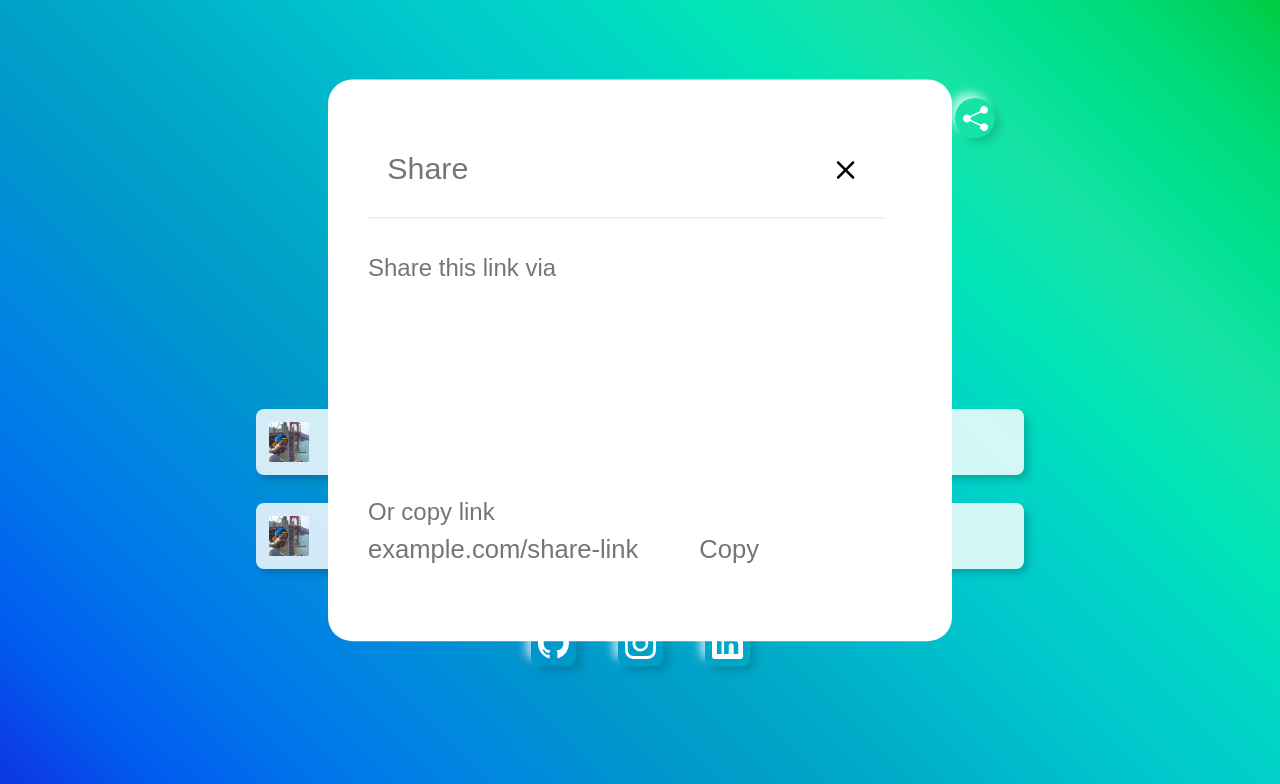
Repository: MateLaDBrouille97/linktree
Page: /
The author's editor kept a copy of each file at every save. The page is drawn from the files as they stood at one save, then again after the next save.
The browser window is 1280 px wide. The pictures show the whole page.
The project was rebuilt for these pictures with package versions that can differ from the ones it lists, and the page was loaded fresh each time. The framework's server and built-in components were replaced by stand-ins that run in the browser. Also part of the build but not shown: next.config.js, styles/Home.module.css, styles/scrollup.css.

Above is the page before, as saved 2023-01-23 21:50:34.

### app/layout.tsx
"use client";

import '@/styles/globals.css'
import '../styles/Home.module.css';
import '../styles/scrollup.css';
import '../styles/home.css';
import '../styles/socials.css';
import '../styles/share.css';
import ScrollDow from '../components/ScrollDow';
import ScrollUp from '../components/scrollup/ScrollUp'

export default function RootLayout({
    children,
  }: {
    children: React.ReactNode;
  }) {
    return (
      <html lang="en">
        <body>{children}</body>
        {/* <ScrollDow/> */}
        {/* <ScrollUp/> */}
      </html>
    );
  }

### app/page.tsx
"use client";

import Image from "next/image";
import data from "data.json";
import image from "../public/ManuelTL2.jpg";
import image1 from "../public/ManuelTL2.jpg";
import { useEffect, useState } from "react";
import Socials from "../components/Socials";
import Share from "@/components/Share";

function LinkCard({
  href,
  title,
  image,
}: {
  href: string;
  title: string;
  image?: string;
}) {
  return (
    <a
      href={href}
      className="flex items-center p-3 w-full rounded-lg hover:scale-105 transition-all bg-gray-100 mb-3 -mt-2 max-w-3xl home__linkcard-box"
    >
      <div className="flex text-center w-full home__linkcard-card">
        <div className="w-10 h-10 home__linkcard-img">
          {image1 && (
            <Image
              className="rounded-sm"
              alt={data.name}
              src={image1}
              width={40}
              height={40}
            />
          )}
        </div>
        <h2 className="flex justify-center items-center font-semibold w-full text-gray-700 -ml-10 home__linkcard-title">
          {title}
        </h2>
      </div>
    </a>
  );
}

export default function Home() {
  /*==================== Toggle Menu ====================== */
  const [toggle, showMenu] = useState(false);
  const [activeNav, setActiveNav] = useState("#home");

  /* +++++++++++++++++++++++++++++++++++++++++++++++++ */
  // const { dbUser, image } = useUserContext();

  // const breakpoints = (width) => {
  //   if (width < 640) {
  //     return "xs";
  //   } else if (width >= 640 && width < 768) {
  //     return "sm";
  //   } else if (width >= 768 && width < 1024) {
  //     return "md";
  //   } else if (width >= 1024) {
  //     return "lg";
  //   }
  // };

  // const [breakpoint, setBreakpoint] = useState(() =>
  //   breakpoints(typeof window !== "undefined" && window.innerWidth)
  // );

  useEffect(() => {
    if (toggle) {
      // const calcInnerWidth = function () {
      //   setBreakpoint(breakpoints(window.innerWidth));
      // };
      // window.addEventListener("resize", calcInnerWidth);
      window.addEventListener("scroll", function () {
        const header = this.document.querySelector(".header");
        //scroll higher than 200 viewport height
        //add scroll header class to a tag with the scroll-top
        if (this.scrollY >= 80) header?.classList.add("scroll-header");
        else header?.classList.remove("scroll-header");
      });
    }
  }, []);

  useEffect(() => {
    showMenu(true);
  }, []);

  return (
    <div className="flex items-center flex-col mx-auto w-full justify-center mt-16 px-8 ">
      <Share/>
      <a
        href="#home"
        onClick={() => setActiveNav("#home")}
        // className={
        //   activeNav === "#home" ? "nav__logo active-link" : "nav__logo"
        // }
      >
        <Image
          className="rounded-full"
          alt={data.name}
          src={image}
          width={96}
          height={96}
        />
      </a>

      <h1 className="font-semibold mt-4 mb-8 text-xl" style={{color:"white"}}>{data.name}</h1>
      <h3 className="home__description" style={{color:"white"}}>{data.small_description}</h3>

      <div className="grid place-items-center w-full mt-2">
        {data.links.map((link) => (
          <LinkCard key={link.href} {...link} />
        ))}
      </div>

      <div className="gap-3 items-center flex mt-10">
        {data?.socials?.map((social) => {
         return(

          <Socials title={social?.title} key={social?.href} />
          )
        })}
      </div>
    </div>
  );
}

### styles/globals.css
@tailwind base;
@tailwind components;
@tailwind utilities;

body{
  height:100vh;
  background-image: linear-gradient(
  45deg,
  hsl(229deg 88% 47%) 0%,
  hsl(217deg 100% 47%) 8%,
  hsl(210deg 100% 46%) 16%,
  hsl(204deg 100% 44%) 24%,
  hsl(196deg 100% 40%) 32%,
  hsl(190deg 100% 39%) 41%,
  hsl(186deg 100% 40%) 49%,
  hsl(181deg 100% 40%) 57%,
  hsl(175deg 100% 42%) 65%,
  hsl(168deg 99% 45%) 72%,
  hsl(162deg 82% 49%) 80%,
  hsl(159deg 100% 44%) 86%,
  hsl(153deg 100% 43%) 92%,
  hsl(146deg 100% 41%) 97%,
  hsl(138deg 100% 40%) 100%
);
}

@import  url('https://api.iconify.design/material-symbols/arrow-upward.svg');

/*=============== GOOGLE FONTS ===============*/
@import url("https://fonts.googleapis.com/css2?family=Poppins:wght@400;500;600&display=swap");

/*=================== NEXT.JS ================*/

html,
body {
  padding: 0;
  margin: 0;
  font-family: -apple-system, BlinkMacSystemFont, Segoe UI, Roboto, Oxygen,
    Ubuntu, Cantarell, Fira Sans, Droid Sans, Helvetica Neue, sans-serif;
}

h1 {
  font-size: 1.75rem;
}




/*=============== VARIABLES CSS ===============*/
:root {
  --header-height: 3rem;

  /*========== Colors ==========*/
  /*Color mode HSL(hue, saturation, lightness)*/
  --hue: 0;
  --sat: 0%;
  --title-color: hsl(var(--hue), var(--sat), 20%);
  --title-color-dark: hsl(var(--hue), var(--sat), 0%);
  --text-color: hsl(var(--hue), var(--sat), 46%);
  --body-color: hsl(var(--hue), var(--sat), 98%);
  --container-color: #fff;

  /*========== Font and typography ==========*/
  --body-font: "Poppins", sans-serif;

  /*.5rem = 8px | 1rem = 16px ...*/
  --big-font-size: 3.5rem;
  --h1-font-size: 2.75rem;
  --h2-font-size: 1.5rem;
  --h3-font-size: 1.25rem;
  --normal-font-size: 1rem;
  --small-font-size: 0.875rem;
  --smaller-font-size: 0.813rem;
  --tiny-font-size: 0.625rem;

  /*========== Font weight ==========*/
  --font-normal: 400;
  --font-medium: 500;
  --font-semi-bold: 600;

  /*========== Margenes Bottom ==========*/
  /*.5rem = 8px | 1rem = 16px ...*/
  --mb-0-25: 0.25rem;
  --mb-0-5: 0.5rem;
  --mb-0-75: 0.75rem;
  --mb-1: 1rem;
  --mb-1-5: 1.5rem;
  --mb-2: 2rem;
  --mb-2-5: 2.5rem;
  --mb-3: 3rem;

  /*========== z index ==========*/
  --z-tooltip: 10;
  --z-fixed: 100;
  --z-modal: 1000;
}

/* Responsive typography */
@media screen and (max-width: 992px) {
  :root {
    --big-font-size: 2.75rem;
    --h1-font-size: 1.5rem;
    --h2-font-size: 1.25rem;
    --h3-font-size: 1rem;
    --normal-font-size: 0.938rem;
    --small-font-size: 0.813rem;
    --smaller-font-size: 0.75rem;
  }
}

/*=============== BASE ===============*/
* {
  margin: 0;
  padding: 0;
  box-sizing: border-box;
}

html {
  scroll-behavior: smooth;
}

body,
button,
input,
textarea {
  font-family: var(--body-font);
  font-size: var(--normal-font-size);
}

body {
  background-color: var(--body-color);
  color: var(--text-color);
}

h1,
h2,
h3 {
  color: var(--title-color);
  font-weight: var(--font-semi-bold);
}

ul {
  list-style: none;
}

a {
  text-decoration: none;
}

button {
  cursor: pointer;
  border: none;
  outline: none;
}

img {
  max-width: 100%;
  height: auto;
}

/*=============== REUSABLE CSS CLASSES ===============*/
.section {
  padding: 6rem 0 2rem;
}

.section__title {
  font-size: var(--h1-font-size);
  color: var(--title-color);
}

.section__subtitle {
  display: block;
  font-size: var(--normal-font-size);
  margin-bottom: 4rem;
}

.section__title,
.section__subtitle {
  text-align: center;
}

/*=============== LAYOUT ===============*/
.container {
  max-width: 968px;
  margin-left: auto;
  margin-right: auto;
}

.grid {
  display: grid;
  gap: 1.5rem;
}

/*=============== BUTTONS ===============*/
.button {
  display: inline-block;
  background-color:rgb(100, 189, 140);
  color: var(--container-color);
  padding: 1.25rem 2rem;
  border-radius: 1rem;
  font-weight: var(--font-medium);
}

.button:hover {
  background-color: rgb(81, 209, 138);
  color: var(--container-color);
}

.button__icon {
  margin-left: var(--mb-0-5);
}

.button--flex {
  display: inline-flex;
  align-items: center;

}




/*=============== BREAKPOINTS ===============*/
/* For large devices */
@media screen and (max-width: 992px) {
  .container {
    margin-left: var(--mb-1-5);
    margin-right: var(--mb-1-5);
  }

  .button {
    padding: 1rem 1.75rem;
  }

  .button__icon {
    width: 22px;
    height: 22px;
  }
}

/* For medium devices */
@media screen and (max-width: 768px) {
  body {
    margin: 0 0 var(--header-height) 0;
  }

  .section {
    padding: 2rem 0 4rem;
  }

  .section__subtitle {
    margin-bottom: var(--mb-3);
  }
}

@media screen and (max-width: 576px) {

}

/* For small devices */
@media screen and (max-width: 350px) {
  :root {
    --big-font-size: 2.25rem;
  }

  .container {
    margin-left: var(--mb-1);
    margin-right: var(--mb-1);
  }
}

### styles/home.css
.home__container{
    row-gap: 7rem;
}

.home__content{
    grid-template-columns: 116px repeat(2, 1fr);
    padding-top: 5.5rem;
    column-gap: 2rem;
    align-items: center;
}

.home__social{
    display:grid;
    grid-template-columns: max-content;
    row-gap: 1rem;
}

.home__social-icon{
    font-size:1.25rem;
    color: var(--title-color);
}

.home__social-icon:hover{
    color:rgb(165, 30, 75);
}



.home__social-icon:hover{
    color: var(--title-color-dark);
}

.home__title{
    font-size:var(--h1-font-size);
    margin-bottom:var(--mb-0-25);
}

.home__hand{
    width: 38px;
    height: 38px;
    margin-left: 0.4rem;
}

.home__subtitle{
    position: relative;
    font-size:var(--h3-font-size);
    padding-left: 5.4rem;
    font-weight: var(--font-normal);
    margin-bottom: var(--mb-1);
}

.home__subtitle::before{
    content:'';
    position:absolute;
    width: 70px;
    height:1px;
    background-color:var(--text-color);
    left:0;
    top:1rem;
}

.home__description{
    max-width:400px;
    margin-bottom: var(--mb-3);
    line-height: 1.7;
}

.home__linkcard-box{
    background-color: rgba(255, 255, 255, 0.829);
    border-color: whitesmoke;
    border-width: 3px;
    transition: transform 0.5s;
    box-shadow: 5px 5px 9px -1px rgba(0,0,0,0.2);

    border: 1px solid rgba(0,0,0,0);
    transition: transform 0.5s;
}

.home__linkcard-box:hover{
    box-shadow: 10px 10px 0px -1px rgba(0,0,0,0.15),
                1px 1px 0.5px  rgba(0,0,0,0.15),
                0px -12px 10px -10px  rgba(0,0,0,0.05);
     border: 1px solid   rgba(0,0,0,0.1);
    /* transform:translateY(-2px)  ;    */
}

.home__linkcard-box::after{
    transition: transform 0.5s;
}

.home__linkcard-box:hover::after .home__linkcard-title {
    transition: transform 0.7s;
}

.home__linkcard-box:hover::after .home__linkcard-img {
    transition: transform 0.7s;
}

.home__linkcard-box:hover .home__linkcard-title{
    transform:scale(1.05);
    transition: transform 0.5s;
}

.home__linkcard-box:hover .home__linkcard-img{
    transform:scale(1.15);
    transition: transform 0.5s;
}




.home__img{
/* background: url(../../assets/Mur.jpg); */
background-repeat: no-repeat;
background-position: center;
background-size: cover;
box-shadow: inset 0 0 0 9px rgb(255 255 255/30%);
order: 1;
justify-self: center;
width:375px ;
height: 350px;
animation: profile__animate 8s ease-in-out infinite 1s;
}

@keyframes profile__animate {
    0%{
        border-radius: 60% 40% 30% 70%/60% 30% 70% 40%;
    }

    50%{
        border-radius: 30% 60% 70% 40%/50% 60% 30% 60%;
    }

    100%{
        border-radius: 60% 40% 30% 70%/60% 30% 70% 40%;
    }
}

.home__scroll{
    position:fixed;
    left: 2.5rem;
    bottom: 3rem;
    /* opacity:0.8; */
    padding:0.3rem 0.5rem;
    border-radius:0.4rem;
    z-index: var(--z-tooltip);
    transition: .4s;
}


.wheel {
    animation: scroll 2s ease infinite;
}

@keyframes scroll{
    0% {
        transform: translateY(0);
    }
    30% {
        transform: translateY(3.7rem);
    }

}


.home__scroll-name{
    color: rgba(255, 255, 255, 0.829);
    font-weight: var(--font-medium);
    margin-right: var(--mb-0-25);
    margin-left: 2px;
}

.home__scroll-arrow{
    font-size: 1.25rem;
    color: rgba(255, 255, 255, 0.829);
}


/*=============== BREAKPOINTS ===============*/
/* For large devices */
@media screen and (max-width: 992px) {
    .home__content{
        grid-template-columns: 100px repeat(2, 1fr);
        column-gap: 1.25rem;

    }

    .home__hand{
        width:26px;
        height:26px;
    }

    .home__subtitle{
        padding-left: 3.75rem;
        margin-bottom: var(--mb-1);

    }

    .home__subtitle::before {
        width:42px;
        top:0.8rem;
    }

    .home__description{
        max-width: initial;
        margin-bottom: var(--mb-2-5);
    }

    .home__img{
        width:250px;
        height:250px;
        box-shadow:inset 0 0 0 8px rgb(255 255 255/30%)
    }

    .home__scroll{
        margin-left: 7.5rem;
    }



  }

  /* For medium devices */
  @media screen and (max-width: 768px) {
    .home__content{
        grid-template-columns: 0.5fr 3fr;
        padding-top: 3.5rem;
    }

    .home__img{
        order:initial;/* ordre d'apparition de l'element*/
        justify-self: initial;
        box-shadow: inset 0 0 0 9px rgb(255 255 255/30%);
        width:200px;
        height: 200px;
    }

    .home__data{
        grid-column:1/3;
    }

    .home__scroll{
        display:none;
    }


  }



  /* For small devices */
  @media screen and (max-width: 350px) {


    .home__img{

        width:180px ;
        height: 180px;
    }

    .home__hand{
        width:22px;
        height:22px;
    }


  }

### styles/socials.css
/* .social__link{
    color: var(--container-color);
    font-size: 1.125rem;
    padding: 0.4rem;
    border-radius:1.5rem;
    display: inline-flex;
} */
/*
.social__link:hover{
    background-color:rgba(44, 203, 224, 0.986);
} */

.social__link{
    display:flex;
    /* background-color: var(--container-color); */
    color: var(--container-color);
    height: 45px;
    width: 45px;
    margin: 0 15px;
    border-radius: 8px;
    align-items: center;
    justify-content:center;
    text-decoration: none;
    box-shadow: 6px 6px 10px -1px rgba(0,0,0,0.15),
                -6px -6px 10px -1px rgba(255,255,255,0.7);
    border: 1px solid   rgba(0,0,0,0);
    transition: transform 0.5s;
}

a svg {
    font-size: 38px;
    color: white;
    transition: transform 0.5s;
}


.social__link:hover{
    background-color: rgba(255, 255, 255, 0.829);
    box-shadow: inset 4px 4px 6px -1px rgba(0,0,0,0.2),
                inset -4px -4px 6px -1px rgba(255,255,255,0.7),
                -0.5px -0.5px 0px  rgba(255,255,255,1),
                0.5px 0.5px 0px  rgba(0,0,0,0.15),
                0px -12px 10px -10px  rgba(0,0,0,0.05);
    border: 1px solid   rgba(0,0,0,0.1);
    transform:translateY(2px)  ;
}


a:hover svg{
    transform: scale(1.10);
    fill: black;
    transition: transform 0.5s;
}

a:hover .bi-linkedin{
    fill:rgb(18, 83, 203) ;
    transform:scale(1.10);
    transition: transform 0.5s;
}

a:hover .bi-instagram{
    fill:#e64771;
    transform:scale(1.10);
    transition: transform 0.5s;
}


/*=============== BREAKPOINTS ===============*/
/* For large devices */
@media screen and (max-width: 992px) {


    .social__link:hover{

        box-shadow: inset 4px 4px 6px -1px rgba(0,0,0,0.2),
                    inset -4px -4px 6px -1px rgba(255,255,255,0.7),
                    -0.5px -0.5px 0px  rgba(255,255,255,1),
                    0.5px 0.5px 0px  rgba(0,0,0,0.15),
                    0px -12px 10px -10px  rgba(0,0,0,0.05);
        border: 1px solid   rgba(0,0,0,0.1);
        transform:translateY(2px)  ;
    }




  }

  /* For medium devices */
  @media screen and (max-width: 768px) {




  }



  /* For small devices */
  @media screen and (max-width: 350px) {





  }

### styles/share.css
/*          Share   Items  */

.share-link {
  display: flex;
  /* background-color: var(--container-color); */
  color: var(--container-color);
  height: 45px;
  width: 45px;
  margin: 0 15px;
  border-radius: 22px;
  align-items: center;
  justify-content: center;
  text-decoration: none;
  box-shadow: 6px 6px 10px -1px rgba(0, 0, 0, 0.15),
    -6px -6px 10px -1px rgba(255, 255, 255, 0.7);
  border: 1px solid rgba(0, 0, 0, 0);
  transition: transform 0.5s;
}

.share-link:hover {
  background-color: rgba(255, 255, 255, 0.829);
  box-shadow: inset 4px 4px 6px -1px rgba(0, 0, 0, 0.2),
    inset -4px -4px 6px -1px rgba(255, 255, 255, 0.7),
    -0.5px -0.5px 0px rgba(255, 255, 255, 1),
    0.5px 0.5px 0px rgba(0, 0, 0, 0.15),
    0px -12px 10px -10px rgba(0, 0, 0, 0.05);
  border: 1px solid rgba(0, 0, 0, 0.1);
  transform: translateY(2px);
}

/* .share-link .bi-share-fill{
    fill: white;
} */

.share-link:hover .bi-share-fill {
  fill: black;
  transform: scale(1.1);
  transition: transform 0.5s;
}

header {
  width: 95%;
  max-width: 788px;
  display: flex;
  justify-content: flex-end;
  padding: 12px;
  margin-top: 5px;
}

.share-button {
  width: 40px;
  height: 40px;
  border-radius: 20px;
  color: var(--container-color);
}

ul {
}

.content {
}

.share {
  width: 95%;
  max-width: 788px;
  display: flex;
  justify-content: flex-end;
  padding: 12px;
  margin-top: 5px;
}

.modal-share {
  position: absolute;
  top: 50%;
  left: 50%;
  transform: translate(-50%, -50%) scale(1.6);
  background: var(--container-color);
  padding: 25px;
  border-radius: 15px;
  max-width: 390px;
  width: 80%;
}

.modal-share header {
  display: flex;
  align-items: center;
  justify-content: space-between;
  padding-bottom: 15px;
  border-bottom: 1px solid #ebedf9;
}

header .close {

  height: 33px;
  width: 33px;
  background: var(--container-color);
  display: flex;
  align-items: center;
  justify-content: center;
  border-radius: 50%;
  cursor: pointer;
}

.modal-title {
  font-size: 19px;
  font-weight: 500;
}


.modal-share .content{
    margin: 20px 0;
}

.content p{
    font-size: 15px;

}

.content .icons{
    margin: 15px 0 20px 0;

}

.cons a{
    height: 50px;
    width: 50px;
    border:1px solid red;

}

### components/Socials.tsx
function GitHubIcon() {
  return (
    <a href="https://github.com/LuckyMate97" className="social__link">
      <svg xmlns="http://www.w3.org/2000/svg" width="31" height="31" fill="white" className="bi bi-github" viewBox="0 0 16 16"> <path d="M8 0C3.58 0 0 3.58 0 8c0 3.54 2.29 6.53 5.47 7.59.4.07.55-.17.55-.38 0-.19-.01-.82-.01-1.49-2.01.37-2.53-.49-2.69-.94-.09-.23-.48-.94-.82-1.13-.28-.15-.68-.52-.01-.53.63-.01 1.08.58 1.23.82.72 1.21 1.87.87 2.33.66.07-.52.28-.87.51-1.07-1.78-.2-3.64-.89-3.64-3.95 0-.87.31-1.59.82-2.15-.08-.2-.36-1.02.08-2.12 0 0 .67-.21 2.2.82.64-.18 1.32-.27 2-.27.68 0 1.36.09 2 .27 1.53-1.04 2.2-.82 2.2-.82.44 1.1.16 1.92.08 2.12.51.56.82 1.27.82 2.15 0 3.07-1.87 3.75-3.65 3.95.29.25.54.73.54 1.48 0 1.07-.01 1.93-.01 2.2 0 .21.15.46.55.38A8.012 8.012 0 0 0 16 8c0-4.42-3.58-8-8-8z"/> </svg>
    </a>
  );
}

function InstagramIcon() {
  return (
    <a href="https://www.instagram.com/oto.mata33/" className="social__link">
      <svg xmlns="http://www.w3.org/2000/svg" width="31" height="31" fill="white" className="bi bi-instagram" viewBox="0 0 16 16"> <path d="M8 0C5.829 0 5.556.01 4.703.048 3.85.088 3.269.222 2.76.42a3.917 3.917 0 0 0-1.417.923A3.927 3.927 0 0 0 .42 2.76C.222 3.268.087 3.85.048 4.7.01 5.555 0 5.827 0 8.001c0 2.172.01 2.444.048 3.297.04.852.174 1.433.372 1.942.205.526.478.972.923 1.417.444.445.89.719 1.416.923.51.198 1.09.333 1.942.372C5.555 15.99 5.827 16 8 16s2.444-.01 3.298-.048c.851-.04 1.434-.174 1.943-.372a3.916 3.916 0 0 0 1.416-.923c.445-.445.718-.891.923-1.417.197-.509.332-1.09.372-1.942C15.99 10.445 16 10.173 16 8s-.01-2.445-.048-3.299c-.04-.851-.175-1.433-.372-1.941a3.926 3.926 0 0 0-.923-1.417A3.911 3.911 0 0 0 13.24.42c-.51-.198-1.092-.333-1.943-.372C10.443.01 10.172 0 7.998 0h.003zm-.717 1.442h.718c2.136 0 2.389.007 3.232.046.78.035 1.204.166 1.486.275.373.145.64.319.92.599.28.28.453.546.598.92.11.281.24.705.275 1.485.039.843.047 1.096.047 3.231s-.008 2.389-.047 3.232c-.035.78-.166 1.203-.275 1.485a2.47 2.47 0 0 1-.599.919c-.28.28-.546.453-.92.598-.28.11-.704.24-1.485.276-.843.038-1.096.047-3.232.047s-2.39-.009-3.233-.047c-.78-.036-1.203-.166-1.485-.276a2.478 2.478 0 0 1-.92-.598 2.48 2.48 0 0 1-.6-.92c-.109-.281-.24-.705-.275-1.485-.038-.843-.046-1.096-.046-3.233 0-2.136.008-2.388.046-3.231.036-.78.166-1.204.276-1.486.145-.373.319-.64.599-.92.28-.28.546-.453.92-.598.282-.11.705-.24 1.485-.276.738-.034 1.024-.044 2.515-.045v.002zm4.988 1.328a.96.96 0 1 0 0 1.92.96.96 0 0 0 0-1.92zm-4.27 1.122a4.109 4.109 0 1 0 0 8.217 4.109 4.109 0 0 0 0-8.217zm0 1.441a2.667 2.667 0 1 1 0 5.334 2.667 2.667 0 0 1 0-5.334z"/> </svg>
    </a>
  );
}

function LinkedInIcon() {
  return (
    <a href="https://ca.linkedin.com/" className="social__link">
      <svg xmlns="http://www.w3.org/2000/svg" width="31" height="31" fill="white" className="bi bi-linkedin" viewBox="0 0 16 16"> <path d="M0 1.146C0 .513.526 0 1.175 0h13.65C15.474 0 16 .513 16 1.146v13.708c0 .633-.526 1.146-1.175 1.146H1.175C.526 16 0 15.487 0 14.854V1.146zm4.943 12.248V6.169H2.542v7.225h2.401zm-1.2-8.212c.837 0 1.358-.554 1.358-1.248-.015-.709-.52-1.248-1.342-1.248-.822 0-1.359.54-1.359 1.248 0 .694.521 1.248 1.327 1.248h.016zm4.908 8.212V9.359c0-.216.016-.432.08-.586.173-.431.568-.878 1.232-.878.869 0 1.216.662 1.216 1.634v3.865h2.401V9.25c0-2.22-1.184-3.252-2.764-3.252-1.274 0-1.845.7-2.165 1.193v.025h-.016a5.54 5.54 0 0 1 .016-.025V6.169h-2.4c.03.678 0 7.225 0 7.225h2.4z"/> </svg>
    </a>
  );
}

function Socials({ title }:{title?:string;}) {
  if (title == "Instagram") {
    return <InstagramIcon  />;
  }
  if (title == "Github") {
    return <GitHubIcon  />;
  }
  if (title == "LinkedIn") {
    return <LinkedInIcon  />;
  }
}

export default Socials;

Loaded but not shown: data.json (35 lines, source omitted); tailwind.config.js (13 lines, source omitted); components/Share.tsx (116 lines, source omitted)

After the next save:
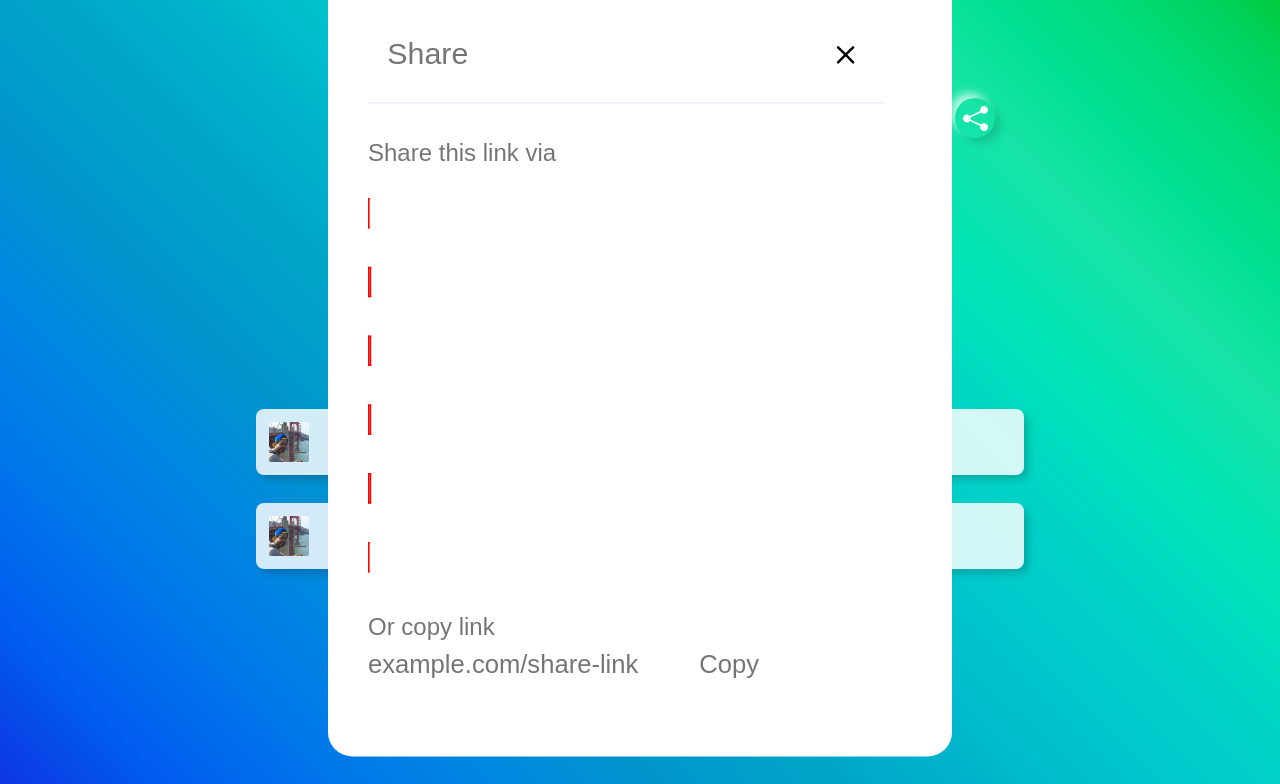
Saved 76 s later.
--- a/styles/share.css
+++ b/styles/share.css
@@ -121,7 +121,7 @@ header .close {
 
 }
 
-.cons a{
+.icons a{
     height: 50px;
     width: 50px;
     border:1px solid red;
